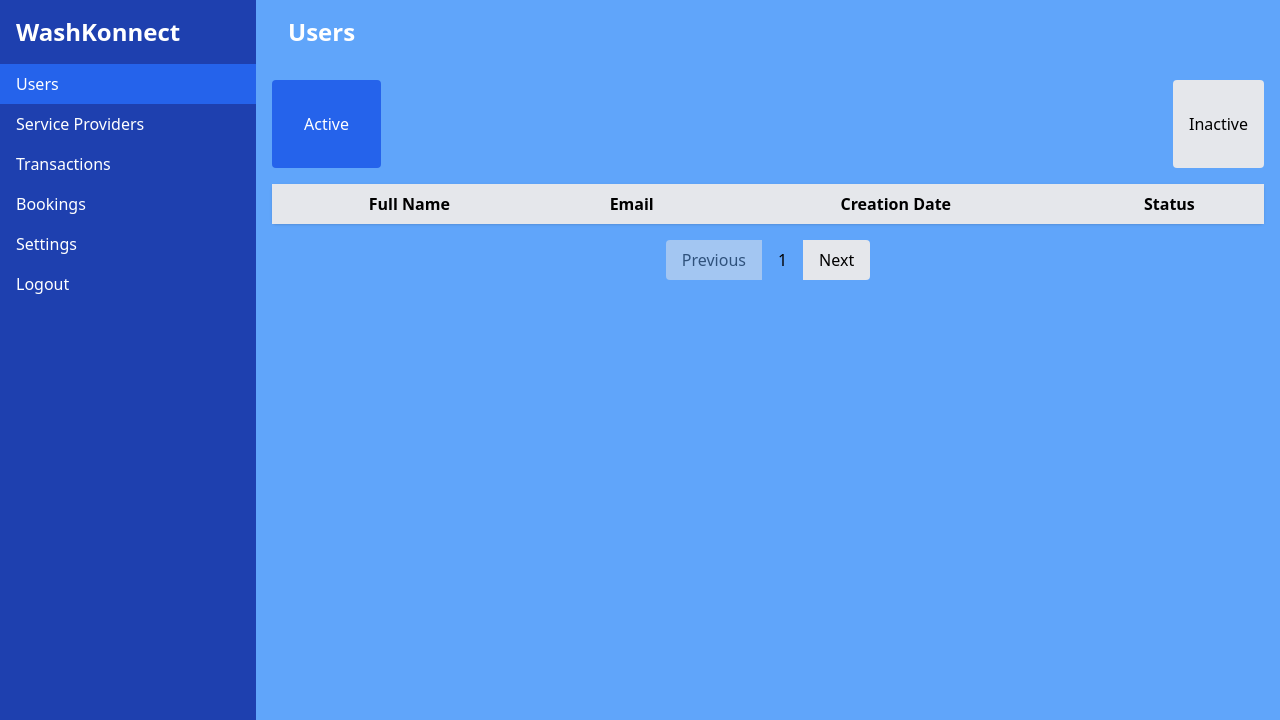
Repository: TEKVOLUTION-LTD/Admin-washKonnect
Page: /dashboard/users (app in Admin-WashKonnect/)
An editor plug-in stored every save of this project. The page is shown before and after the next save, followed by the edit.
The browser window is 1280 px wide. The pictures show the whole page.
The page's requests for data from a server got no answer. The project was rebuilt for these pictures with package versions that can differ from the ones it lists, and the page was loaded fresh each time. No one was signed in, and anything a server would have sent is missing. Also part of the build but not shown: Admin-WashKonnect/vite.config.js, Admin-WashKonnect/src/pages/LoginPage.jsx, Admin-WashKonnect/src/pages/ServiceProviderPage.jsx, Admin-WashKonnect/src/pages/TransactionsPage.jsx, Admin-WashKonnect/src/pages/BookingsPage.jsx, Admin-WashKonnect/src/pages/SettingsPage.jsx, Admin-WashKonnect/src/pages/LogoutPage.jsx.

Above is the page before, as saved 2024-11-19 16:54:23.

After the next save:
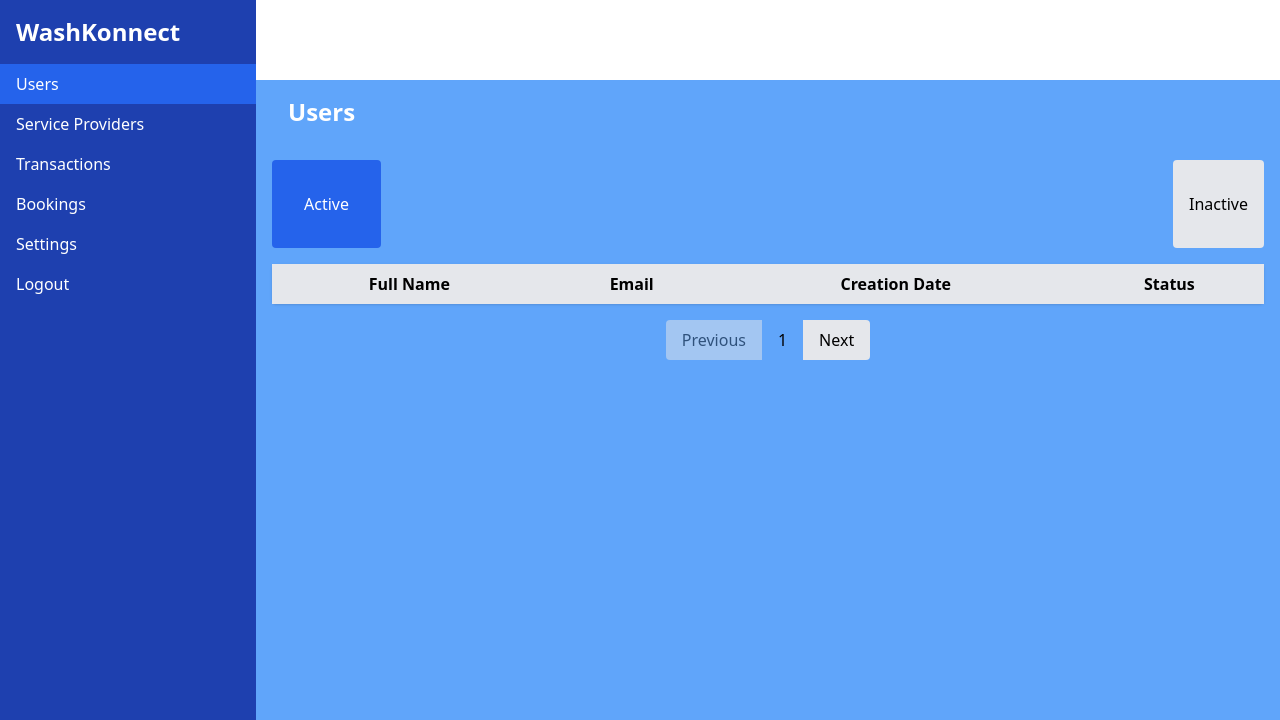
Saved 59 s later.
--- a/Admin-WashKonnect/src/pages/Dashboard.jsx
+++ b/Admin-WashKonnect/src/pages/Dashboard.jsx
@@ -11,9 +11,9 @@
   return (
     <div className="flex h-screen">
       <Sidebar />
-      <div className="flex-1 bg-blue-400 p-4 overflow-auto ">
+      <div className="flex-1 bg-blue-400 p-4 overflow-auto mt-[5rem]">
         <Routes>
-          <Route path="users" element={<UserPage className='pt-[5rem]' />} />
+          <Route path="users" element={<UserPage  />} />
           <Route path="service-providers" element={<ServiceProviderPage />} />
           <Route path="transactions" element={<TransactionPage />} />
           <Route path="bookings" element={<BookingsPage />} />

After the save that followed:
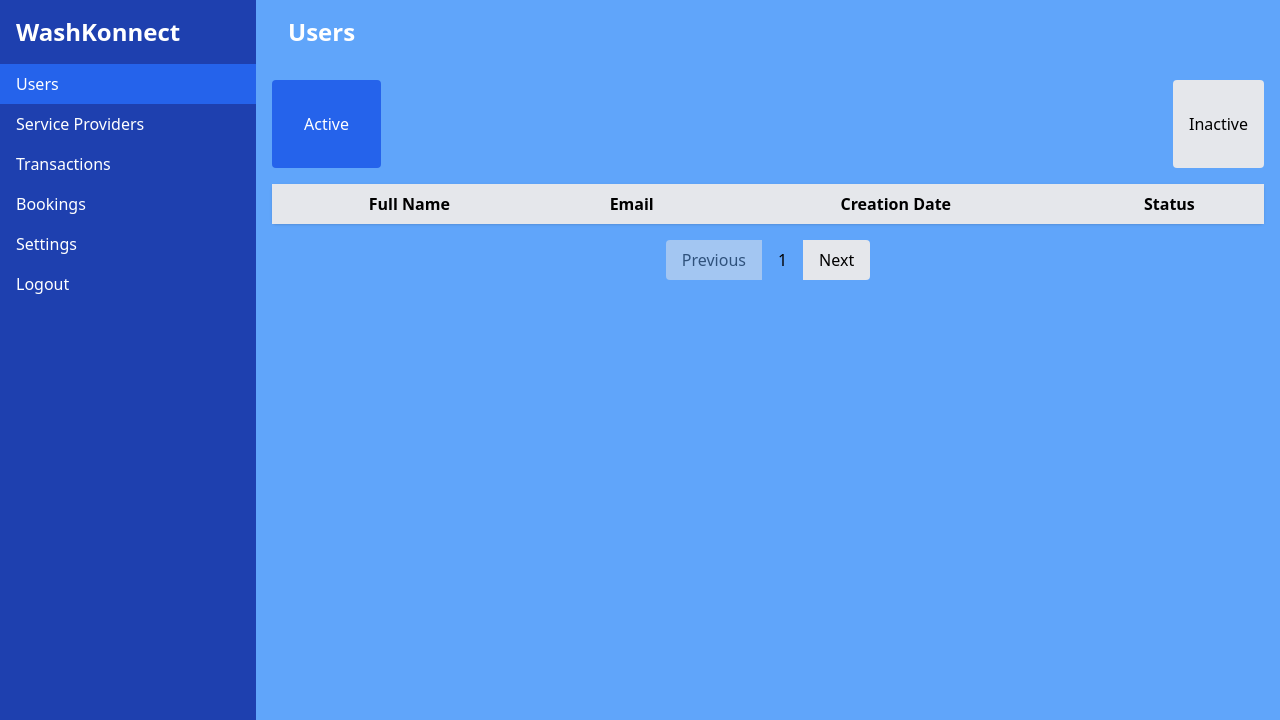
Saved 12 s later.
--- a/Admin-WashKonnect/src/pages/Dashboard.jsx
+++ b/Admin-WashKonnect/src/pages/Dashboard.jsx
@@ -11,7 +11,7 @@
   return (
     <div className="flex h-screen">
       <Sidebar />
-      <div className="flex-1 bg-blue-400 p-4 overflow-auto mt-[5rem]">
+      <div className="flex-1 bg-blue-400 p-4 overflow-auto ">
         <Routes>
           <Route path="users" element={<UserPage  />} />
           <Route path="service-providers" element={<ServiceProviderPage />} />
